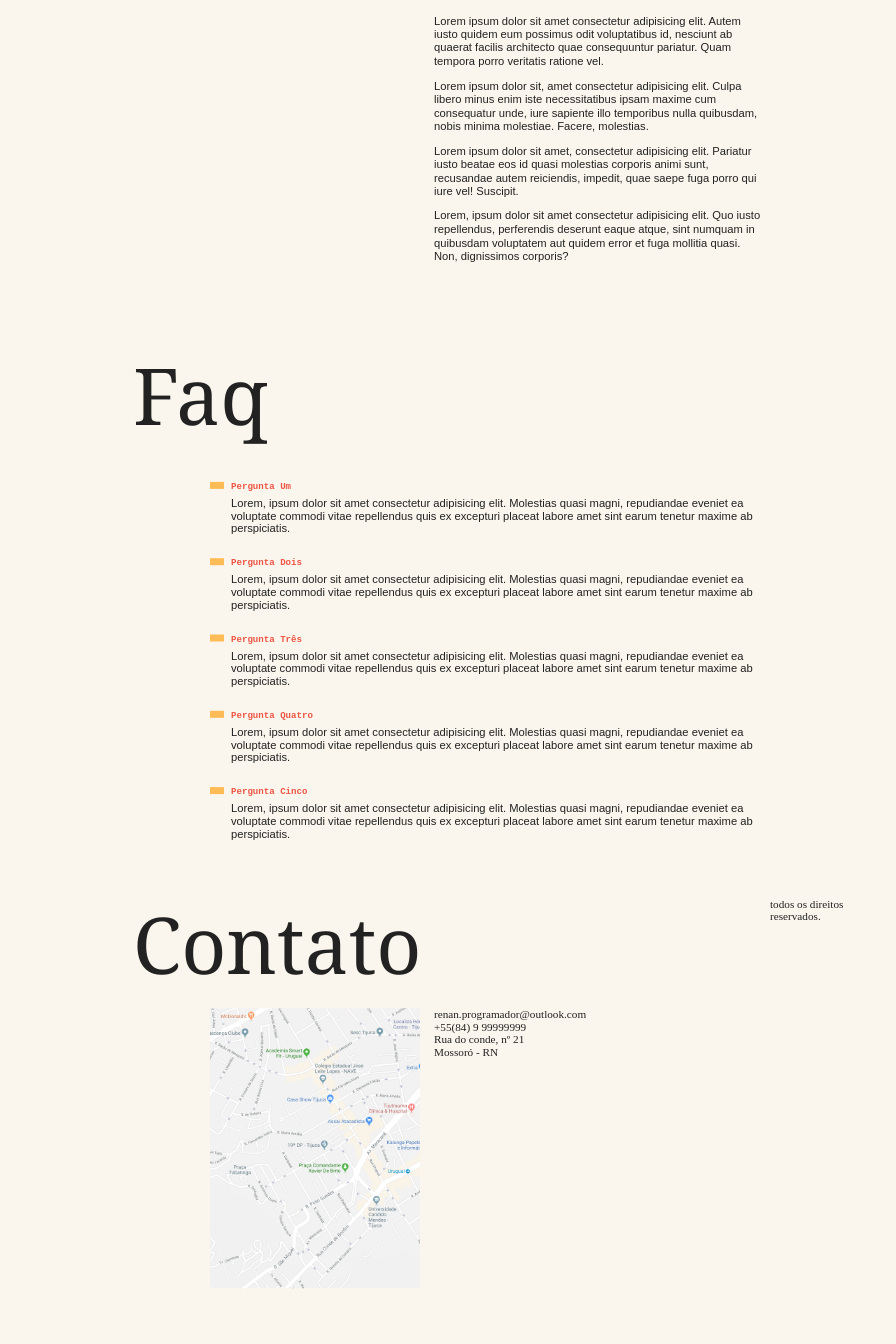
Repository: meiotera/animaisPagina
Page: index.html
These files come from the project's save history. The page is drawn as it stood at one moment and after the next save; the edit follows.
The browser window is 1280 px wide. The pictures show the part of the page from y = 2589 to 4509 px (the page is 4509 px tall), at 70% of full size.

Above is the page before, as saved 2025-05-03 07:11:08.

After the next save:
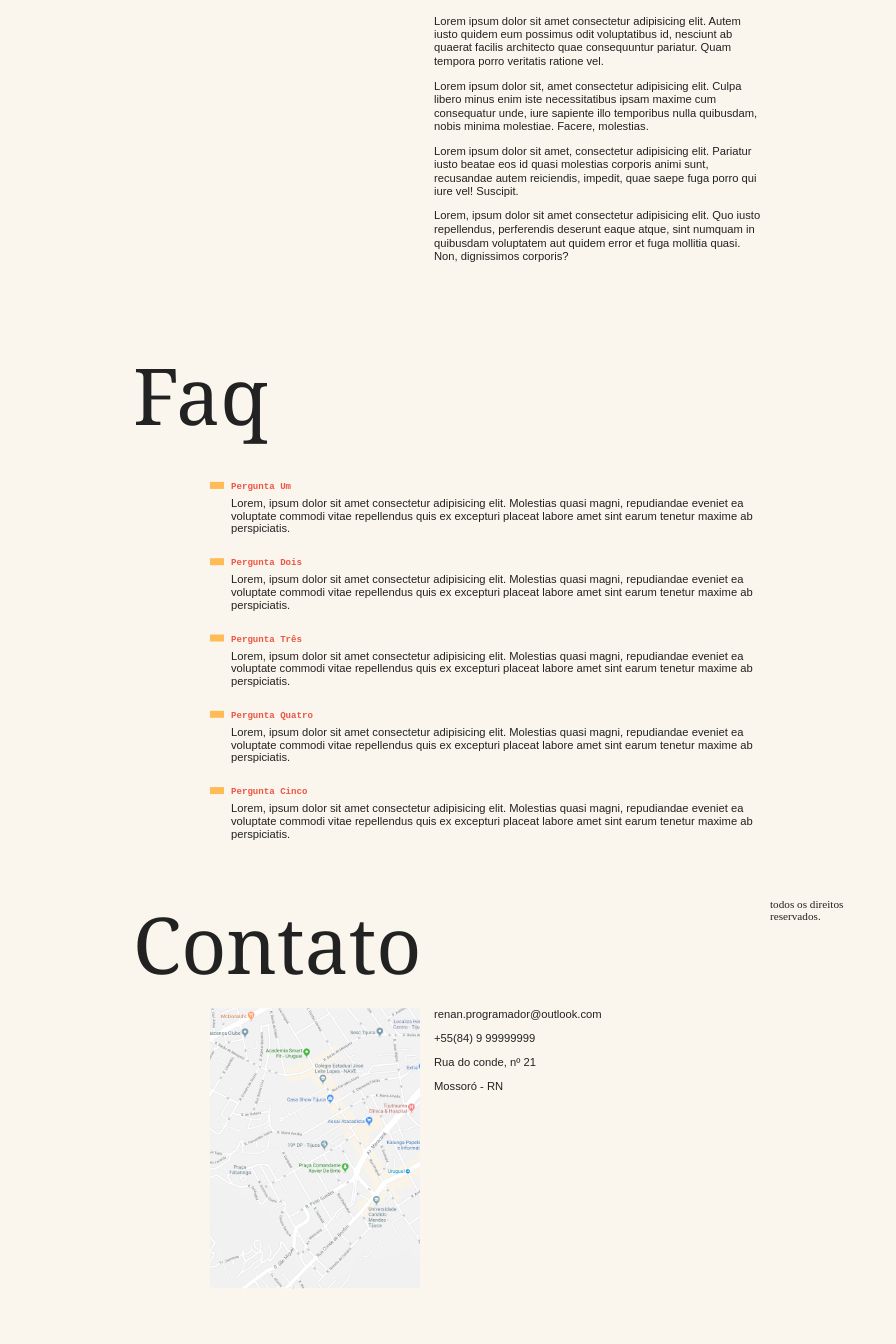
Saved 21 s later.
--- a/css/style.css
+++ b/css/style.css
@@ -163,3 +163,8 @@
 .dados {
   grid-column: 3;
 }
+
+.dados li {
+  margin-bottom: 1rem;
+  font-family: Arial, Helvetica, sans-serif;
+}
